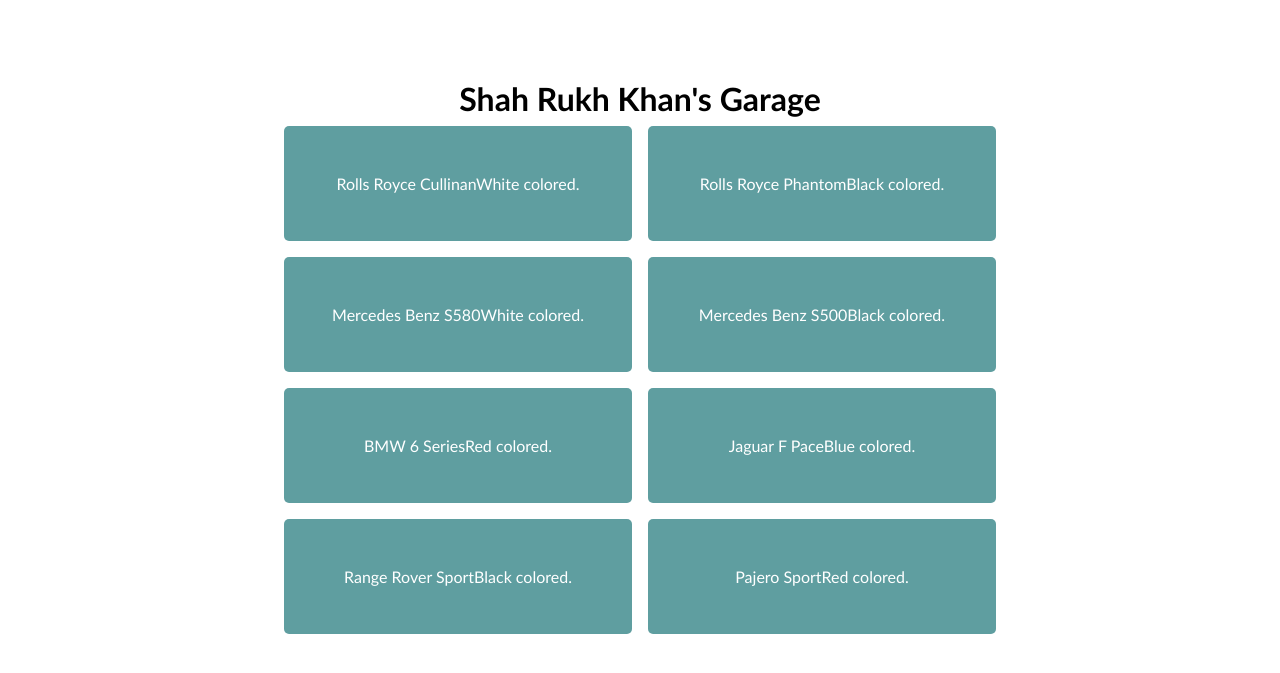
Repository: PrashantPanjwani/JSProjects
Page: P-Project2/index.html
An editor plug-in stored every save of this project. The page is shown before and after the next save, followed by the edit.
The browser window is 1280 px wide. The pictures show the whole page.

Above is the page before, as saved 2024-06-03 20:31:54.

After the next save:
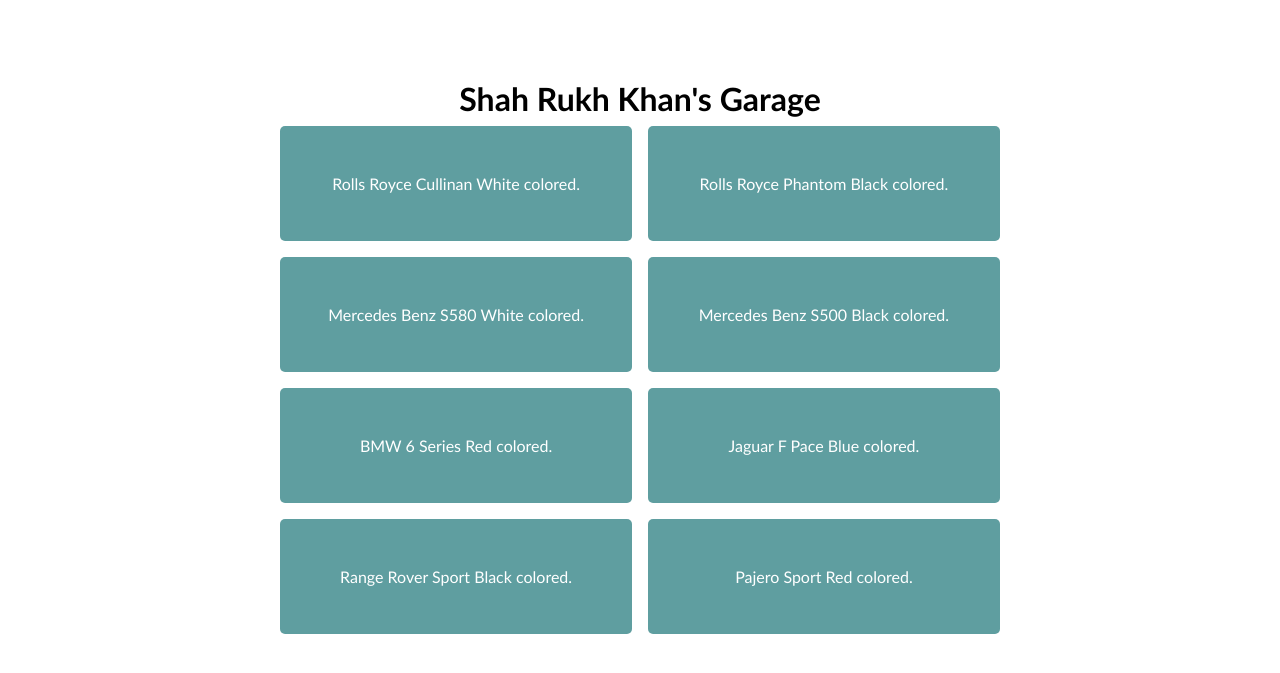
Saved 20 s later.
--- a/P-Project2/app.js
+++ b/P-Project2/app.js
@@ -37,7 +37,7 @@
 const info = document.querySelector('#info');
 
 let details = data.map(function(item){
-    return '<div>' + item.name + item.color + ' colored.' + '</div>';
+    return '<div>' + item.name +' '+item.color + ' colored.' + '</div>';
 
 });
 info.innerHTML = details.join('\n');
